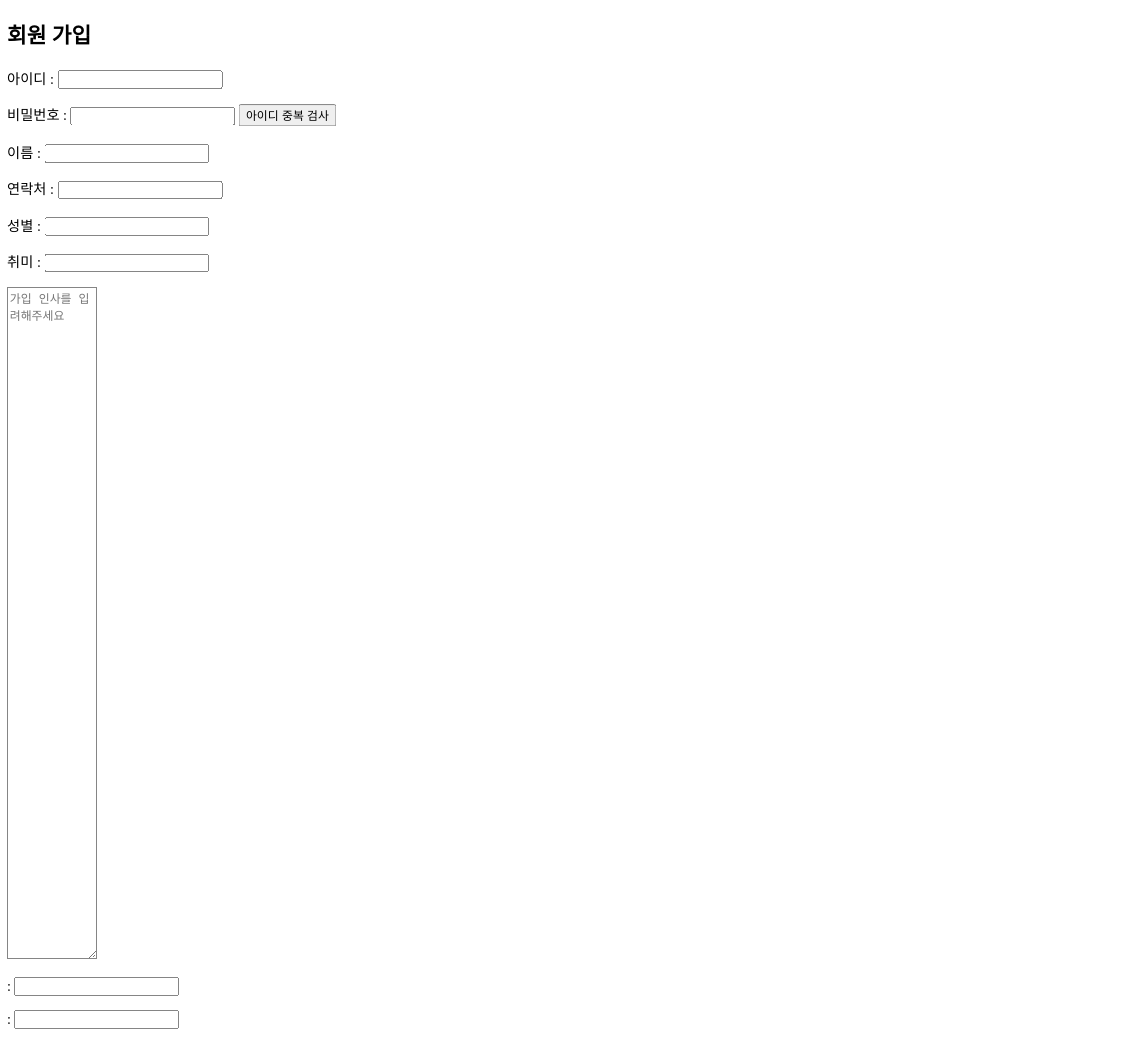
Repository: suinautant/learnCode
Page: http://localhost/JSPBook/ch05/test/register01.jsp
These files come from the project's save history. The page is drawn as it stood at one moment and after the next save; the edit follows.
The browser window is 1280 px wide. The pictures show the whole page, at 89% of full size.
The page is served by Tomcat 9. Other server files are loaded and not shown.

Above is the page before, as saved 2021-07-01 05:27:55.

### jsp/JSPBook/WebContent/ch05/test/register01.jsp
<%@ page language="java" contentType="text/html; charset=UTF-8"
    pageEncoding="UTF-8"%>
<!DOCTYPE html>
<html>
<head>
<meta charset="UTF-8">
<title>회원가입</title>
</head>
<body>
<h2>회원 가입</h2>
<form action="register01_action.jsp" method="get" >
<p>아이디 : <input type="text" name="id" /></p>
<p>
비밀번호 : <input type="password" name="passwd" />
<input type="button" value="아이디 중복 검사" />
</p>
<p>이름 : <input type="text" name="name" /></p>
<p>연락처 : <input type="text" name="name" /></p>
<p>성별 : <input type="text" name="name" /></p>
<p>취미 : <input type="text" name="name" /></p>
<p><textarea rows="50" cols="10" placeholder="가입 인사를 입려해주세요"></textarea>
<p> : <input type="text" name="name" /></p>
<p> : <input type="text" name="name" /></p>
</form>

</body>
</html>

After the next save:
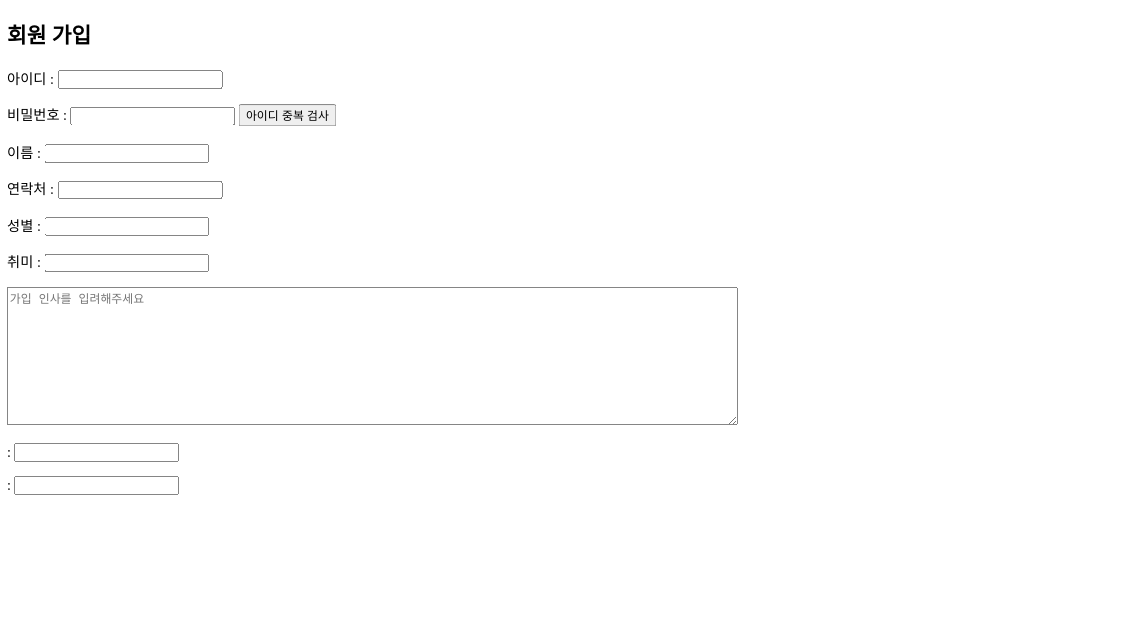
Saved 13 s later.
--- a/jsp/JSPBook/WebContent/ch05/test/register01.jsp
+++ b/jsp/JSPBook/WebContent/ch05/test/register01.jsp
@@ -18,7 +18,7 @@
 <p>연락처 : <input type="text" name="name" /></p>
 <p>성별 : <input type="text" name="name" /></p>
 <p>취미 : <input type="text" name="name" /></p>
-<p><textarea rows="50" cols="10" placeholder="가입 인사를 입려해주세요"></textarea>
+<p><textarea rows="10" cols="100" placeholder="가입 인사를 입려해주세요"></textarea>
 <p> : <input type="text" name="name" /></p>
 <p> : <input type="text" name="name" /></p>
 </form>
